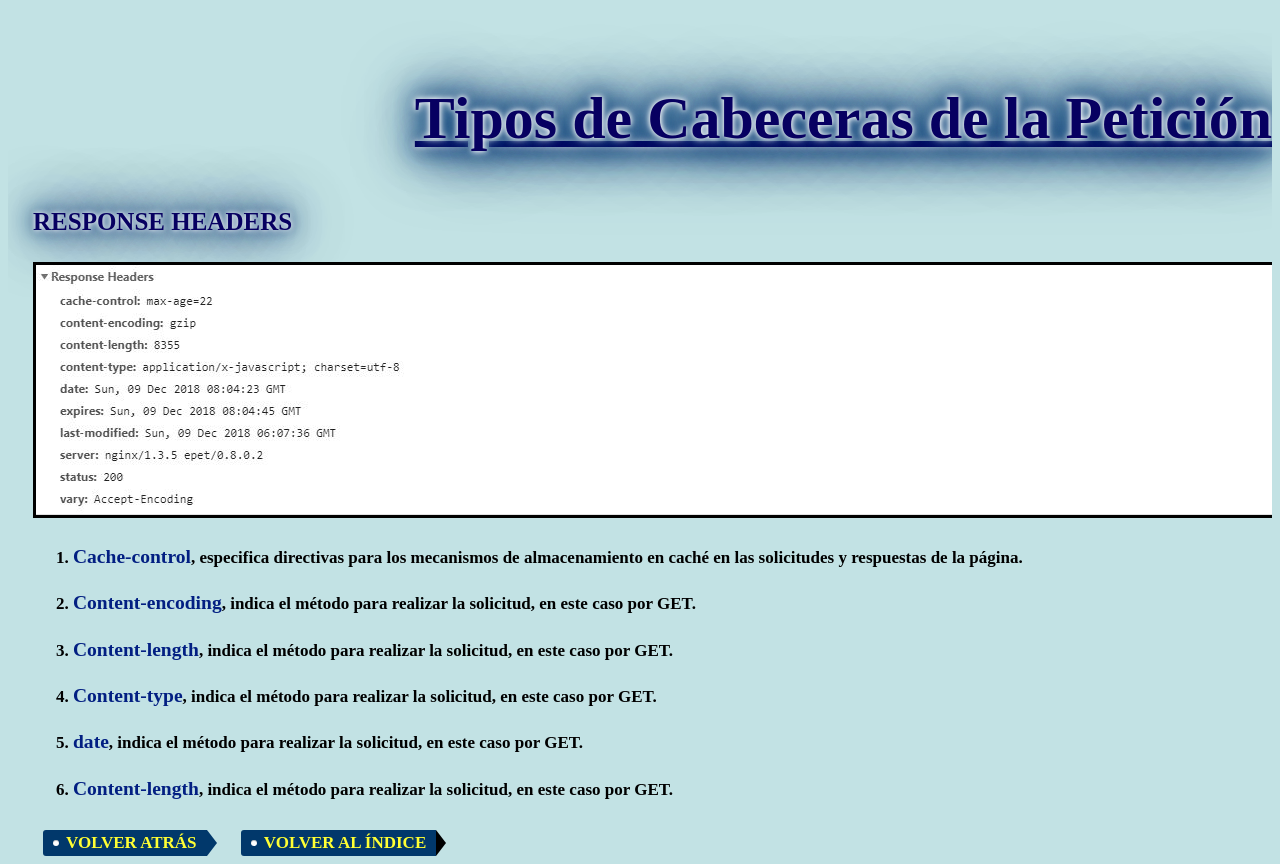
Repository: VictorinoBF97/HerramientasDesarollo
Page: responseHeaders.html
An editor plug-in stored every save of this project. The page is shown before and after the next save, followed by the edit.
The browser window is 1280 px wide. The pictures show the whole page.

Above is the page before, as saved 2018-12-09 09:47:59.
Not found: main.js

After the next save:
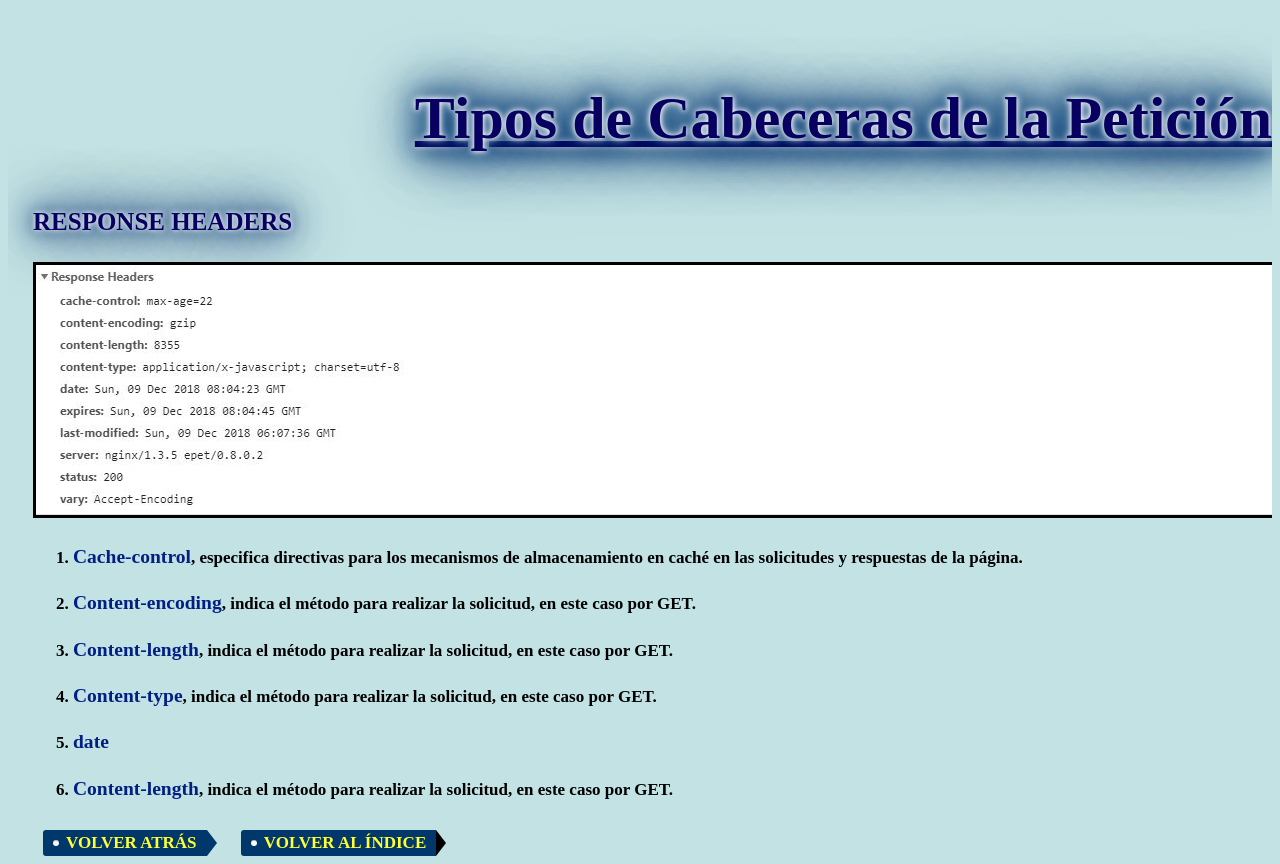
Saved 12 s later.
--- a/responseHeaders.html
+++ b/responseHeaders.html
@@ -34,7 +34,7 @@
                     <p><strong>Content-type</strong>, indica el método para realizar la solicitud, en este caso por GET.</p>
                 </li>
                 <li>
-                    <p><strong>date</strong>, indica el método para realizar la solicitud, en este caso por GET.</p>
+                    <p><strong>date</strong></p>
                 </li>
                 <li>
                     <p><strong>Content-length</strong>, indica el método para realizar la solicitud, en este caso por GET.</p>
